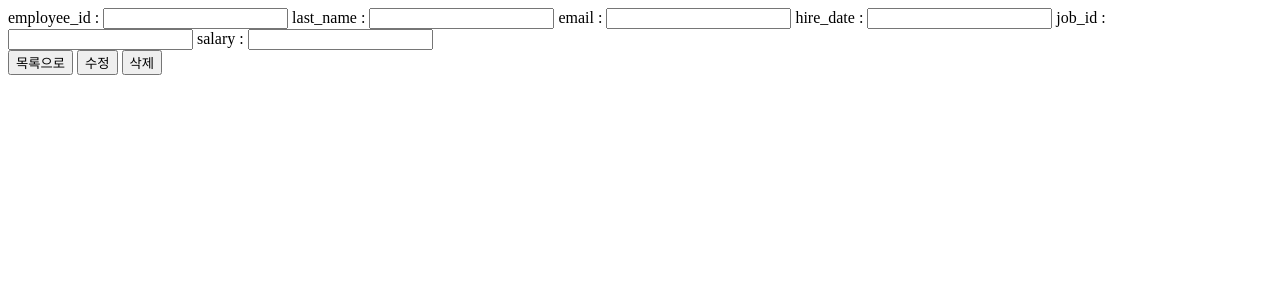
Repository: jaehyeon112/Springringrign
Page: http://localhost/sp01/WEB-INF/views/emp/empInfo.jsp
The author's editor kept a copy of each file at every save. The page is drawn from the files as they stood at one save, then again after the next save.
The browser window is 1280 px wide. The pictures show the whole page.
The page is served by Tomcat 9. Nobody is signed in. Other server files are loaded and not shown. The template is opened directly, without the code that normally fills it, so the values that code supplies are empty.

Above is the page before, as saved 2024-01-16 06:31:20.

### sp01/src/main/webapp/WEB-INF/views/emp/empInfo.jsp
<%@ page language="java" contentType="text/html; charset=UTF-8"
	pageEncoding="UTF-8"%>
<%@ taglib prefix="c" uri="http://java.sun.com/jsp/jstl/core"%>
<%@ taglib prefix="fmt" uri="http://java.sun.com/jsp/jstl/fmt"%>
<!DOCTYPE html>
<html>
<head>
<meta charset="UTF-8">
<title>사원 정보 조회 및 수정</title>
</head>
<body>
	<form>
		<div>
			<label>
				employee_id :
				<input type="" name="" value="">
			</label>
			<label>
				last_name :
				<input type="" name="" value="">
			</label>
			<label>
				email :
				<input type="" name="" value="">
			</label>
			<label>
				hire_date :
				<input type="" name="" value="">
			</label>
			<label>
				job_id :
				<input type="" name="" value="">
			</label>
			<label>
				salary :
				<input type="" name="" value="">
			</label>
		</div>
		<div>
			<button type="button">목록으로</button>
			<button type="button">수정</button>
			<button type="button">삭제</button>
		</div>
	</form>
</body>
</html>

After the next save:
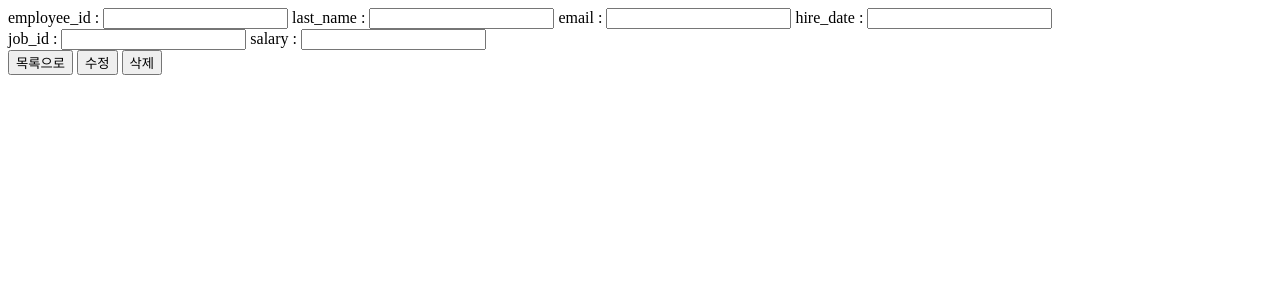
Saved 64 s later.
--- a/sp01/src/main/webapp/WEB-INF/views/emp/empInfo.jsp
+++ b/sp01/src/main/webapp/WEB-INF/views/emp/empInfo.jsp
@@ -42,5 +42,10 @@
 			<button type="button">삭제</button>
 		</div>
 	</form>
+	<style>
+		label{
+		display:inline-block;
+		}
+	</style>
 </body>
 </html>
